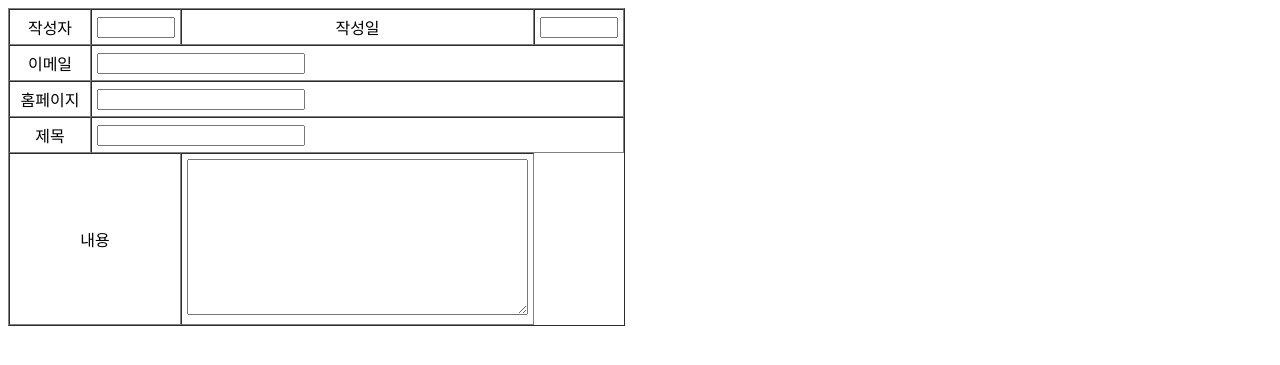
Repository: kimsuel/java-ee-practice
Page: guestbookservlet/WebContent/guestbook/guestbookList.html
An editor plug-in stored every save of this project. The page is shown before and after the next save, followed by the edit.
The browser window is 1280 px wide. The pictures show the whole page.

Above is the page before, as saved 2018-06-20 07:42:24.

### guestbookservlet/WebContent/guestbook/guestbookList.html
<!DOCTYPE html>
<html>
<head>
<meta charset="UTF-8">
<title>글 목록</title>
</head>
<body>
	<table border="1" cellpadding="5" cellspacing="0">
			<tr>
				<td width="70" align="center">작성자</td>
				<td><input type="text" name="email" style="width:70px"></td>
				<td width="70" align="center">작성일</td>
				<td><input type="text" name="email" style="width:70px"></td>
			</tr>
			<tr>
				<td align="center">이메일</td>
				<td colspan="3"><input type="text" name="email" style="width:200px"></td>
			</tr>
			<tr>
				<td align="center">홈페이지</td>
				<td colspan="3"><input type="text" name="homepage" style="width: 200px"></td>
			</tr>
			<tr>
				<td align="center">제목</td>
				<td colspan="3"><input type="text" name="subject" style="width: 200px"></td>
			</tr>
			<tr>
				<td colspan="2"  align="center">내용</td>
				<td><textarea cols="40" rows="10" name="content"></textarea></td>
			</tr>
		</table>
	</body>
</html>

After the next save:
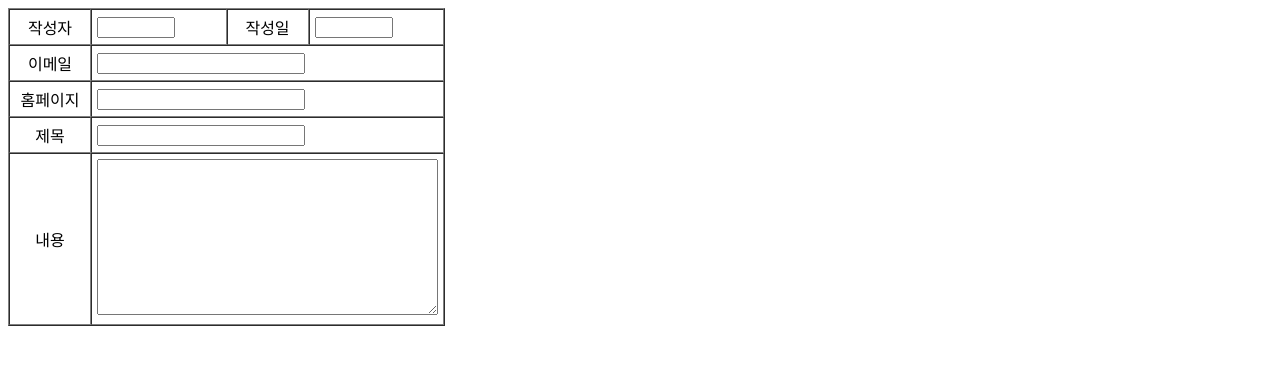
Saved 14 s later.
--- a/guestbookservlet/WebContent/guestbook/guestbookList.html
+++ b/guestbookservlet/WebContent/guestbook/guestbookList.html
@@ -25,8 +25,8 @@
 				<td colspan="3"><input type="text" name="subject" style="width: 200px"></td>
 			</tr>
 			<tr>
-				<td colspan="2"  align="center">내용</td>
-				<td><textarea cols="40" rows="10" name="content"></textarea></td>
+				<td align="center">내용</td>
+				<td colspan="3"><textarea cols="40" rows="10" name="content"></textarea></td>
 			</tr>
 		</table>
 	</body>
